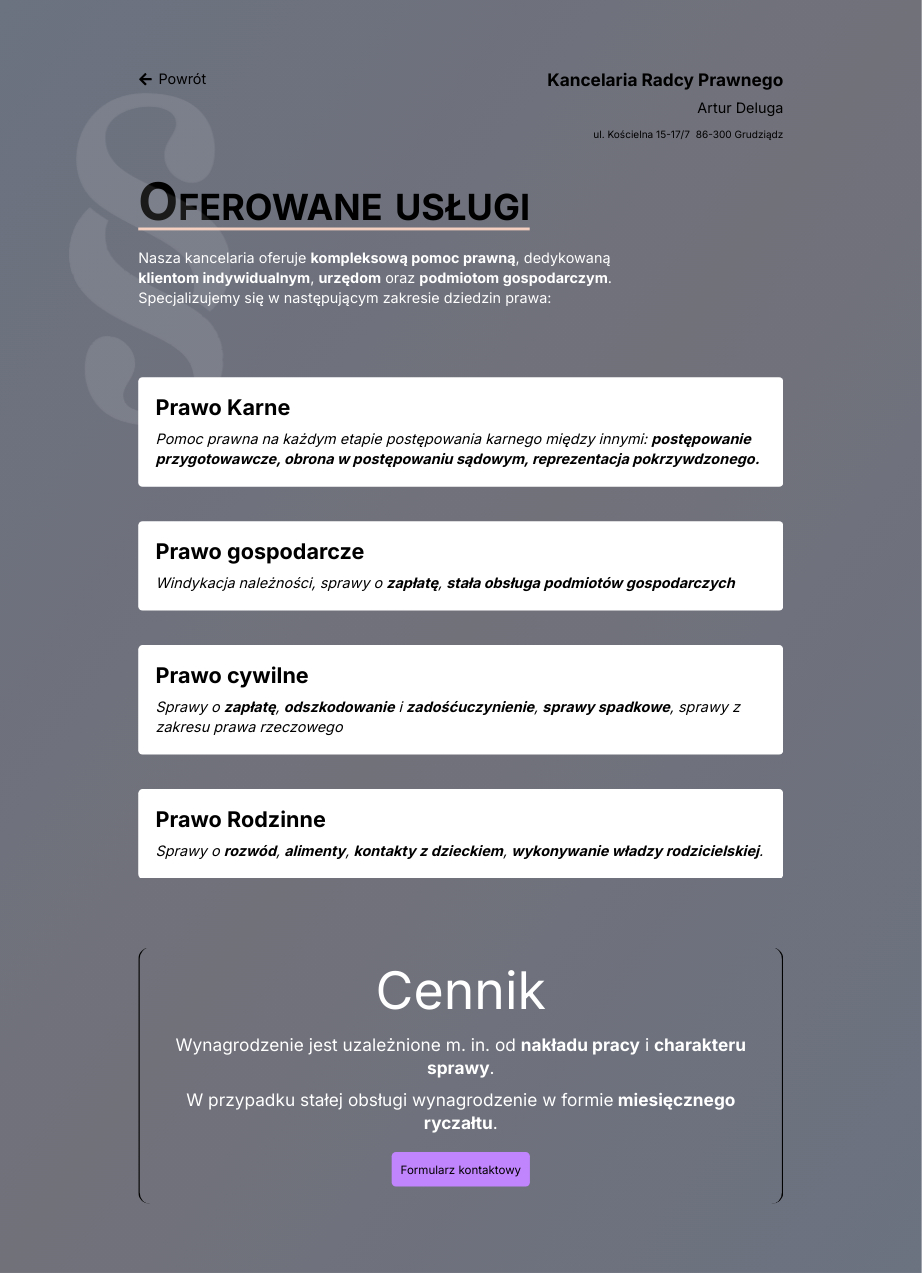
Repository: wesiudev/kancelaria-artur-deluga
Page: /oferta
An editor plug-in stored every save of this project. The page is shown before and after the next save, followed by the edit.
The browser window is 1280 px wide. The pictures show the whole page, at 72% of full size.
The project was rebuilt for these pictures with package versions that can differ from the ones it lists, and the page was loaded fresh each time. The framework's server and built-in components were replaced by stand-ins that run in the browser. Also part of the build but not shown: next.config.js.

Above is the page before, as saved 2023-08-09 16:46:34.

### app/layout.tsx
import "./globals.css";
import type { Metadata } from "next";
import { Inter } from "next/font/google";

const inter = Inter({ subsets: ["latin"] });

export const metadata: Metadata = {
  title: "Kancelaria Radcy Prawnego Artur Deluga",
  description:
    "Kancelaria Radcy Prawnego Grudziądz Prawo Karne, Pracwo cywilne, Prawo gospodarcze, Prawo Rodzinne. ul. Kościelna 15-17/7 86-300 Grudziądz. Pomoc prawna na każdym etapie postępowania karnego (postępowanie przygotowawcze, obrona w postępowaniu sądowym, reprezentacja pokrzywdzonego, etc.)",
  viewport: "width=device-width, initial-scale=1",
  icons: {
    icon: "/favicon.png",
  },
};

export default function RootLayout({
  children,
}: {
  children: React.ReactNode;
}) {
  return (
    <html lang="pl" className="scroll-smooth ">
      <body className={inter.className}>{children}</body>
    </html>
  );
}

### app/oferta/page.tsx
"use client";
import Image from "next/image";
import paragraphImage from "@/app/assets/paragraph.png";
import Link from "next/link";
import { FaArrowLeft } from "react-icons/fa";
import { useState } from "react";
const sendContactForm = async (data: any) =>
  fetch("/api/mail", {
    method: "POST",
    body: JSON.stringify(data),
    headers: { "Content-Type": "application/json", Accept: "application/json" },
  }).then((res) => {
    if (!res.ok) throw new Error("Failed to send message");
    return res.json();
  });

export default function OfferMobile() {
  const [isContactOpen, setContactOpen] = useState(false);
  const [firstName, setFirstName] = useState<string>("");
  const [email, setEmail] = useState<string>("");
  const [message, setMessage] = useState<string>("");

  const onSubmit = async () => {
    try {
      await sendContactForm({
        firstName: firstName,
        email: email,
        message: message,
      });
    } catch (error) {}
  };
  return (
    <div className="w-full mx-auto z-[2000] bg-gradient-to-br from-gray-500 via-zinc-500 to-gray-500 overflow-x-hidden text-black">
      <Image
        src={paragraphImage}
        alt="Paragraf obrazek w tle"
        width={224}
        height={224}
        className="fixed opacity-10 left-[50%] -translate-x-[50%] lg:-translate-x-0 lg:left-24 top-[50%] -translate-y-[50%]"
      />
      <div className="flex flex-col space-x-[100px] min-h-screen items-center py-24">
        <div className="flex flex-col w-[85vw] lg:w-[70vw] 2xl:w-[60vw] min-h-screen justify-center ">
          <div className="flex flex-col justify-between w-full">
            <div className="flex flex-row justify-between">
              <div className="w-1/2">
                <Link
                  className="group flex flex-row items-center mb-12 text-xl w-max"
                  href="/"
                >
                  <FaArrowLeft className="mr-2" />
                  <span className="hover:underline hover:underline-offset-4">
                    {" "}
                    Powrót
                  </span>
                </Link>
              </div>
              <div>
                <h1 className="text-xl lg:text-2xl text-right sm:text-left font-bold">
                  Kancelaria Radcy Prawnego
                </h1>
                <div className="w-full flex justify-end">
                  <h2 className="text-xl mb-12 lg:mb-0 mt-2">Artur Deluga</h2>
                </div>
                <div
                  className={` flex-row space-x-2 text-sm justify-end mt-3 mb-12 hidden lg:flex`}
                >
                  <div>ul. Kościelna 15-17/7</div>
                  <div>86-300 Grudziądz</div>
                </div>
              </div>
            </div>

            <div className=" rounded-2xl  text-white">
              <div className="w-max">
                <h1 className="w-max text-4xl md:text-5xl lg:text-7xl text-black caps font-bold">
                  Oferowane usługi
                </h1>
                <div className="h-1 w-full mb-6 bg-rose-200 hue-rotate-30" />
              </div>

              <h2 className="text-left text-xl w-full lg:w-3/4 ">
                Nasza kancelaria oferuje{" "}
                <span className="font-bold"> kompleksową pomoc prawną</span>,
                dedykowaną{" "}
                <span className="font-bold">klientom indywidualnym</span>,{" "}
                <span className="font-bold">urzędom</span> oraz{" "}
                <span className="font-bold">podmiotom gospodarczym</span>.
                Specjalizujemy się w następującym zakresie dziedzin prawa:
              </h2>
            </div>
          </div>
          <div className="relative text-black flex flex-col space-y-12 mt-24">
            <div className="max-h-[50vh] border-0 hover:scale-105 duration-300 hover:bg-opacity-100 cursor-default  rounded-md bg-white  flex flex-col p-6 justify-between">
              <h1 className="text-xl lg:text-3xl font-bold">Prawo Karne</h1>
              <p className="text-sm sm:text-xl mt-3 italic">
                Pomoc prawna na każdym etapie postępowania karnego między
                innymi:{" "}
                <span className="font-bold">
                  postępowanie przygotowawcze, obrona w postępowaniu sądowym,
                  reprezentacja pokrzywdzonego.
                </span>
              </p>
            </div>
            <div className="max-h-[50vh] border-0 hover:scale-105 duration-300 hover:bg-opacity-100 cursor-default  rounded-md bg-white  flex flex-col justify-between p-6">
              <h1 className="text-xl lg:text-3xl font-bold">
                Prawo gospodarcze
              </h1>
              <p className="text-sm sm:text-xl mt-3 italic">
                Windykacja należności, sprawy o{" "}
                <span className="font-bold">zapłatę</span>,{" "}
                <span className="font-bold">
                  stała obsługa podmiotów gospodarczych
                </span>
              </p>
            </div>

            <div className="max-h-[50vh] border-0 hover:scale-105 duration-300 hover:bg-opacity-100 cursor-default rounded-md bg-white  flex flex-col p-6 justify-between">
              <h1 className="text-xl lg:text-3xl font-bold">Prawo cywilne</h1>
              <p className="text-sm sm:text-xl mt-3 italic">
                Sprawy o <span className="font-bold">zapłatę</span>,{" "}
                <span className="font-bold">odszkodowanie</span> i{" "}
                <span className="font-bold">zadośćuczynienie</span>,{" "}
                <span className="font-bold">sprawy spadkowe</span>, sprawy z
                zakresu prawa rzeczowego
              </p>
            </div>
            <div className="max-h-[50vh] border-0 hover:scale-105 duration-300 hover:bg-opacity-100 cursor-default rounded-md  bg-white  flex flex-col p-6 justify-between">
              <h1 className="text-xl lg:text-3xl font-bold">Prawo Rodzinne</h1>
              <p className="text-sm sm:text-xl mt-3 italic">
                Sprawy o <span className="font-bold">rozwód</span>,{" "}
                <span className="font-bold">alimenty</span>,{" "}
                <span className="font-bold">kontakty z dzieckiem</span>,{" "}
                <span className="font-bold">
                  wykonywanie władzy rodzicielskiej
                </span>
                .
              </p>
            </div>
          </div>
          <div className="text-white flex flex-col h-max my-auto px-3 lg:px-12  text-center relative w-full mt-12  lg:mx-auto lg:mt-24 border-l-2 border-r-2 border-black py-3 lg:py-6 rounded-2xl">
            <h1 className="text-5xl lg:text-7xl ">Cennik</h1>
            <p className="mt-6 text-base lg:text-2xl">
              Wynagrodzenie jest uzależnione m. in. od{" "}
              <span className="font-bold"> nakładu pracy</span> i{" "}
              <span className="font-bold">charakteru sprawy</span>.
            </p>
            <p className="mt-3 text-sm lg:text-2xl">
              W przypadku stałej obsługi wynagrodzenie w formie
              <span className="font-bold"> miesięcznego ryczałtu</span>.
            </p>
            <button
              onClick={() => setContactOpen(true)}
              className=" p-3 bg-purple-400 hover:bg-purple-300 duration-300 text-black mt-6 w-max mx-auto rounded-md"
            >
              Formularz kontaktowy
            </button>
          </div>
          <div
            className={`bg-gray-400 rounded-full flex-row space-x-2 text-sm justify-center mt-24 flex lg:hidden z-[1000]`}
          >
            <div>ul. Kościelna 15-17/7</div>
            <div>86-300 Grudziądz</div>
          </div>
        </div>
      </div>
      <div
        className={`w-[80vw] fixed left-[50%] -translate-x-[50%] top-[50%] -translate-y-[50%] bg-gradient-to-bl from-black to-zinc-800 lg:w-max h-max px-12 rounded-3xl py-6 duration-300 ${
          isContactOpen ? "z-[2000] opacity-100" : "z-[-1000] opacity-0"
        }`}
      >
        <h1 className="text-3xl text-center">Kontakt</h1>

        <div className="flex flex-col space-y-3 mt-6 lg:mt-12">
          <div className="flex flex-col lg:flex-row lg:space-x-3">
            <div className="flex flex-col">
              Imię{" "}
              <input
                onChange={(e) => setFirstName(e.target.value)}
                value={firstName}
                id="fName"
                type="text"
                className="mt-2 text-black"
              />
            </div>
            <div className="flex flex-col mt-3 lg:mt-0">
              Email{" "}
              <input
                onChange={(e) => setEmail(e.target.value)}
                value={email}
                type="text"
                className="mt-2 text-black"
              />
            </div>
          </div>
          <div className="flex flex-col mt-2">
            Treść{" "}
            <textarea
              onChange={(e) => setMessage(e.target.value)}
              value={message}
              className="h-full resize-none text-black"
            ></textarea>
          </div>
        </div>
        <div className="w-full flex space-x-3">
          <button
            onClick={() => setContactOpen(false)}
            className="w-1/2 hover:underline py-2 mt-8"
          >
            Powrót
          </button>
          <button
            onClick={onSubmit}
            className="w-1/2 bg-purple-400 hover:bg-purple-300 duration-300 py-2 mt-8"
          >
            Wyślij
          </button>
        </div>
      </div>
    </div>
  );
}

### app/globals.css
@tailwind base;
@tailwind components;
@tailwind utilities;

:root {
  --foreground-rgb: 0, 0, 0;
  --background-start-rgb: 214, 219, 220;
  --background-end-rgb: 255, 255, 255;
}

@media (prefers-color-scheme: dark) {
  :root {
    --foreground-rgb: 255, 255, 255;
    --background-start-rgb: 0, 0, 0;
    --background-end-rgb: 0, 0, 0;
  }
}

body {
  color: rgb(var(--foreground-rgb));
  background: linear-gradient(
      to bottom,
      transparent,
      rgb(var(--background-end-rgb))
    )
    rgb(var(--background-start-rgb));
}

.expand {
  position: relative;
  text-decoration: none;
  display: inline-block;
}
.expand:after {
  display: block;
  content: "";
  border-bottom: solid 3px white;
  transform: scaleX(0);
  transition: transform 250ms ease-in-out;
  transform-origin: 100% 50%;
}
.expand:hover:after {
  transform: scaleX(1);
  transform-origin: 0 50%;
}

.caps {
  font-variant: small-caps;
}
html {
  scroll-behavior: smooth;
  color: #1a1a1a;
}

Loaded but not shown: tailwind.config.js (common file)

After the next save:
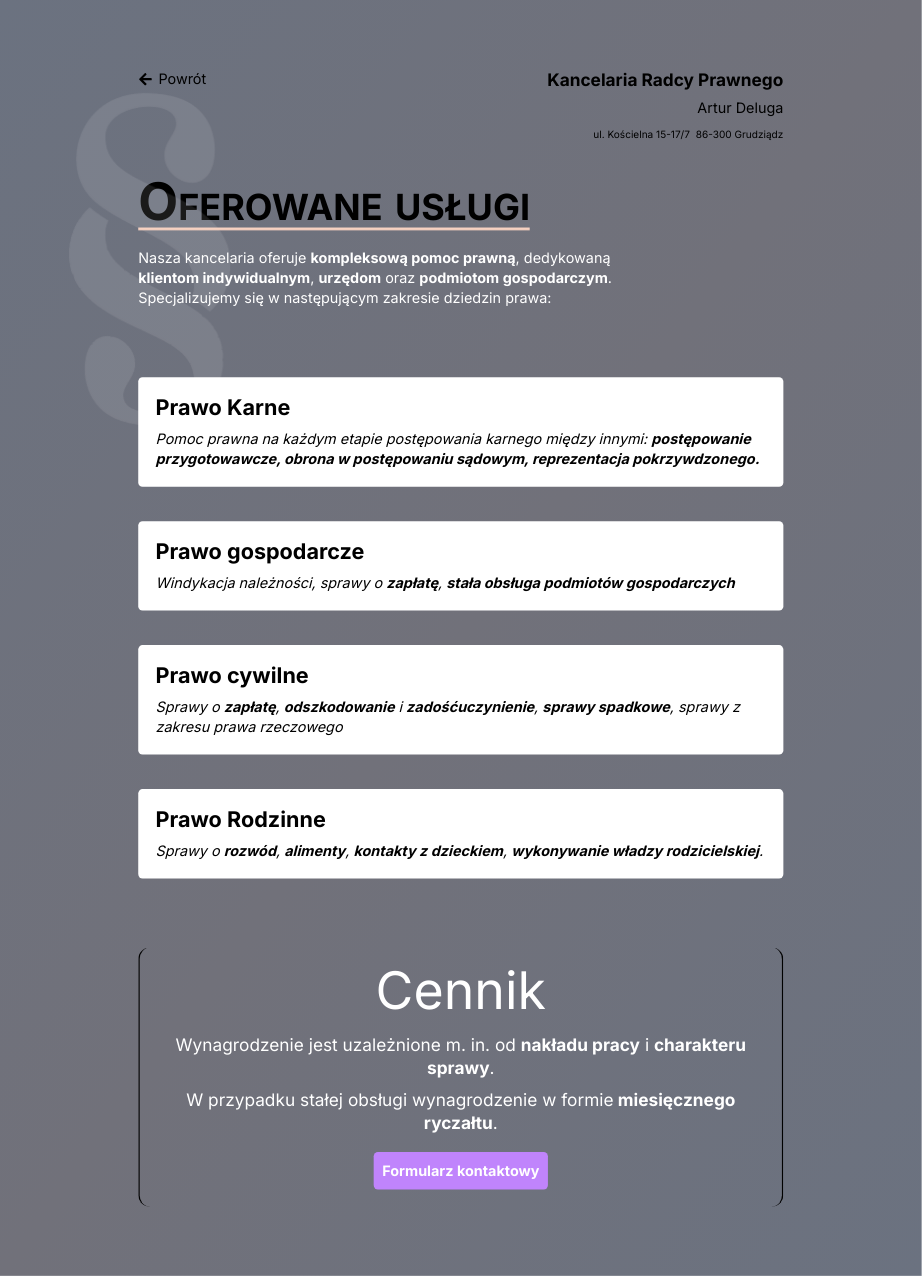
Saved 62 s later.
--- a/app/oferta/page.tsx
+++ b/app/oferta/page.tsx
@@ -150,7 +150,7 @@ export default function OfferMobile() {
             </p>
             <button
               onClick={() => setContactOpen(true)}
-              className=" p-3 bg-purple-400 hover:bg-purple-300 duration-300 text-black mt-6 w-max mx-auto rounded-md"
+              className=" p-3 bg-purple-400 hover:bg-purple-300 duration-300 mt-6 w-max mx-auto rounded-md text-xl text-white font-bold"
             >
               Formularz kontaktowy
             </button>
